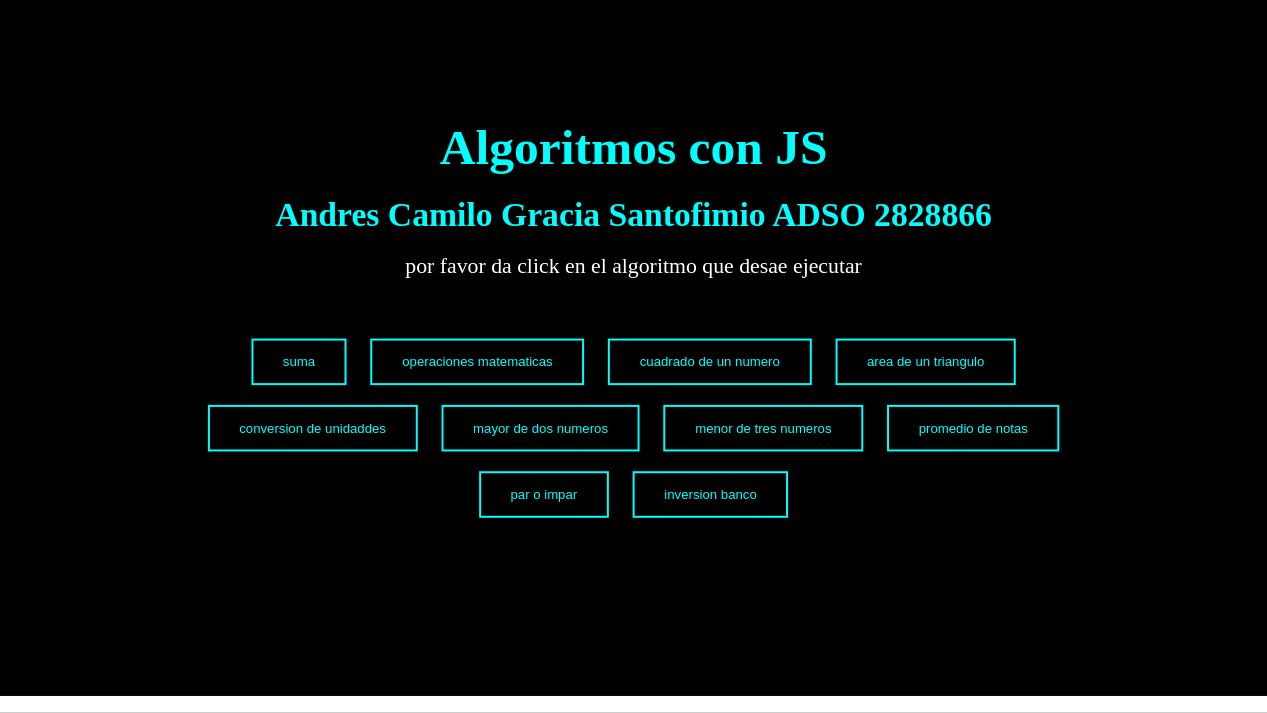
Repository: orskark/AlgoritmosJs1_Oscar
Page: index.html
These files come from the project's save history. The page is drawn as it stood at one moment and after a run of saves; the edit follows.
The browser window is 1280 px wide. The pictures show the whole page, at 99% of full size.

Above is the page before, as saved 2024-10-29 11:32:30.

### index.html
<!DOCTYPE html>
<html lang="en">
<head>
    <meta charset="UTF-8">
    <meta name="viewport" content="width=device-width, initial-scale=1.0">
    <title>Algoritmos con JS</title>
    <link rel="stylesheet" href="styles.css">
</head>
<body>
    <section>

        <h1>Algoritmos con JS</h1>
        <h2>Andres Camilo Gracia Santofimio ADSO 2828866 </h2>
        <p>por favor da click en el algoritmo que desae ejecutar</p>


        <div id="cont-botones">
            <button onclick="suma()">suma</button>
            <button>operaciones matematicas</button>
            <button>cuadrado de un numero</button>
            <button>area de un triangulo</button>
            <button>conversion de unidaddes</button>
            <button>mayor de dos numeros</button>
            <button>menor de tres numeros</button>
            <button>promedio de notas</button>
            <button>par o impar</button>
            <button>inversion banco</button>
        </div>
    </section>










    <script src="algoritmos.js"></script>
</body>
</html>

### styles.css
/* importar tipografia */

*{
    margin: 0;
    padding: 0;
}

section{
    width: 100%;
    text-align: center;
    padding: 120px 0;
    background: black;
    min-height: 100bh;

}

h1{
    color: aqua;
    font-size: 50px;

}

h2{
    color: aqua;
    font-size: 34px;
    margin: 20px 0;
}

p{
    color: #fff;
    font-size: 22px;
}

#cont-botones{
    width: 80%;
    margin: 50px auto;
}

button{
    padding: 14px 30px;
    background: transparent;
    border: 2px solid aqua;
    color: aqua;
    margin: 10px;
    transition: .4s;
    cursor: pointer;
}

button:hover{
    background-color: aqua;
    color: black;
    border-radius: 30px;
}

### algoritmos.js
//1. algoritmo que realiza la suma entre 2 valores ingresados por el usuario

function suma (){
    // declaro las variables necesarias para este algoritmo
    let A;
    let B;
    let S;

    //solicito los valores al usuario

    A = prompt("ingrese el primer valor a sumar")
    B = prompt("ingrese el segundo valor a sumar")

    // realizas la opreacion

    S = A + B;

    //mostrar resultado

    console.log("El resultado de la suma es:  " + S)
    alert("El resultado de la suma es:  " + S)
}

After the next 2 saves:
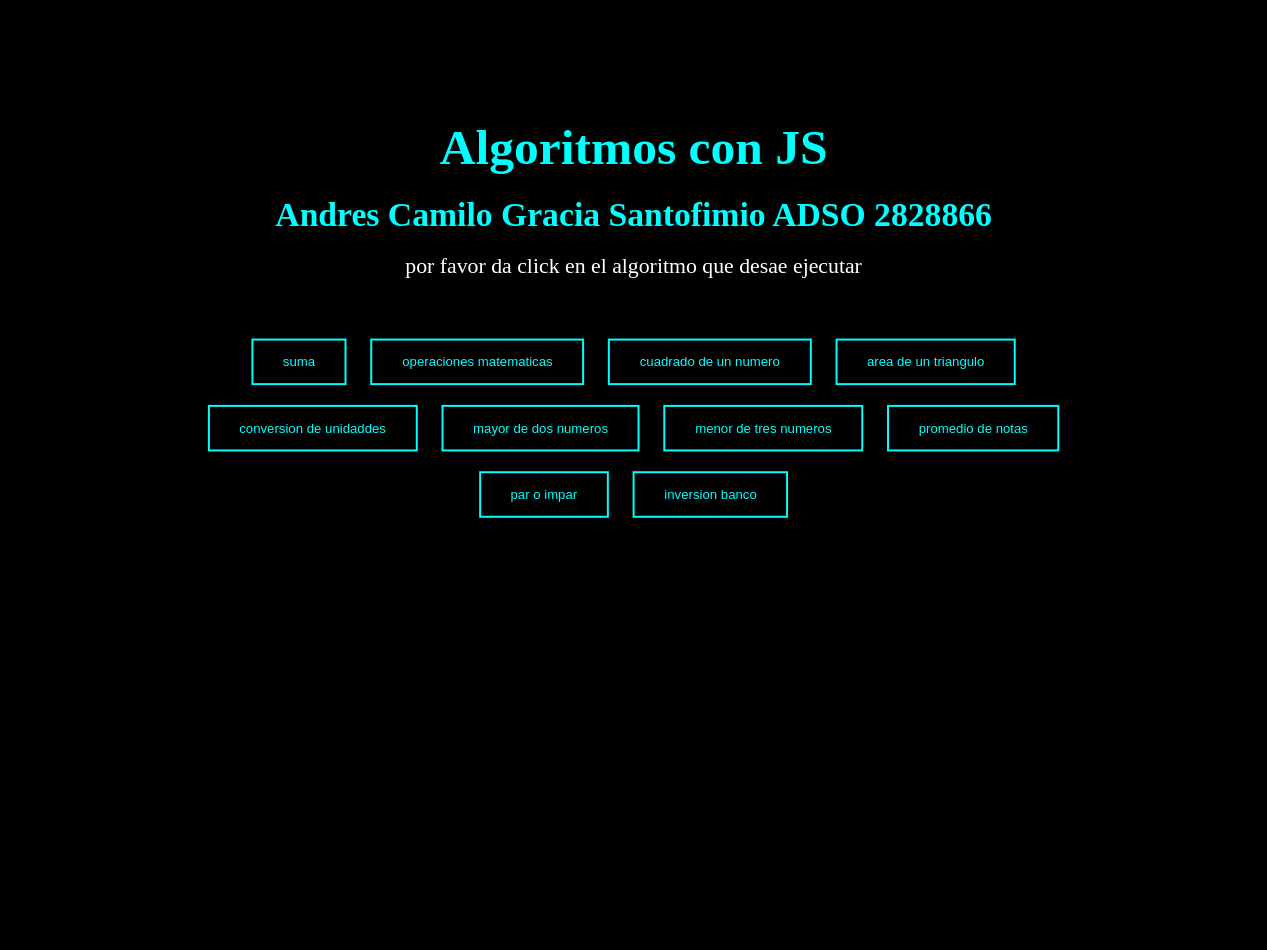
The 2 saves are shown as one change because they came seconds apart.
The last was saved 7 s later.
--- a/styles.css
+++ b/styles.css
@@ -10,7 +10,7 @@ section{
     text-align: center;
     padding: 120px 0;
     background: black;
-    min-height: 100bh;
+    min-height: 100vh;
 
 }
 
